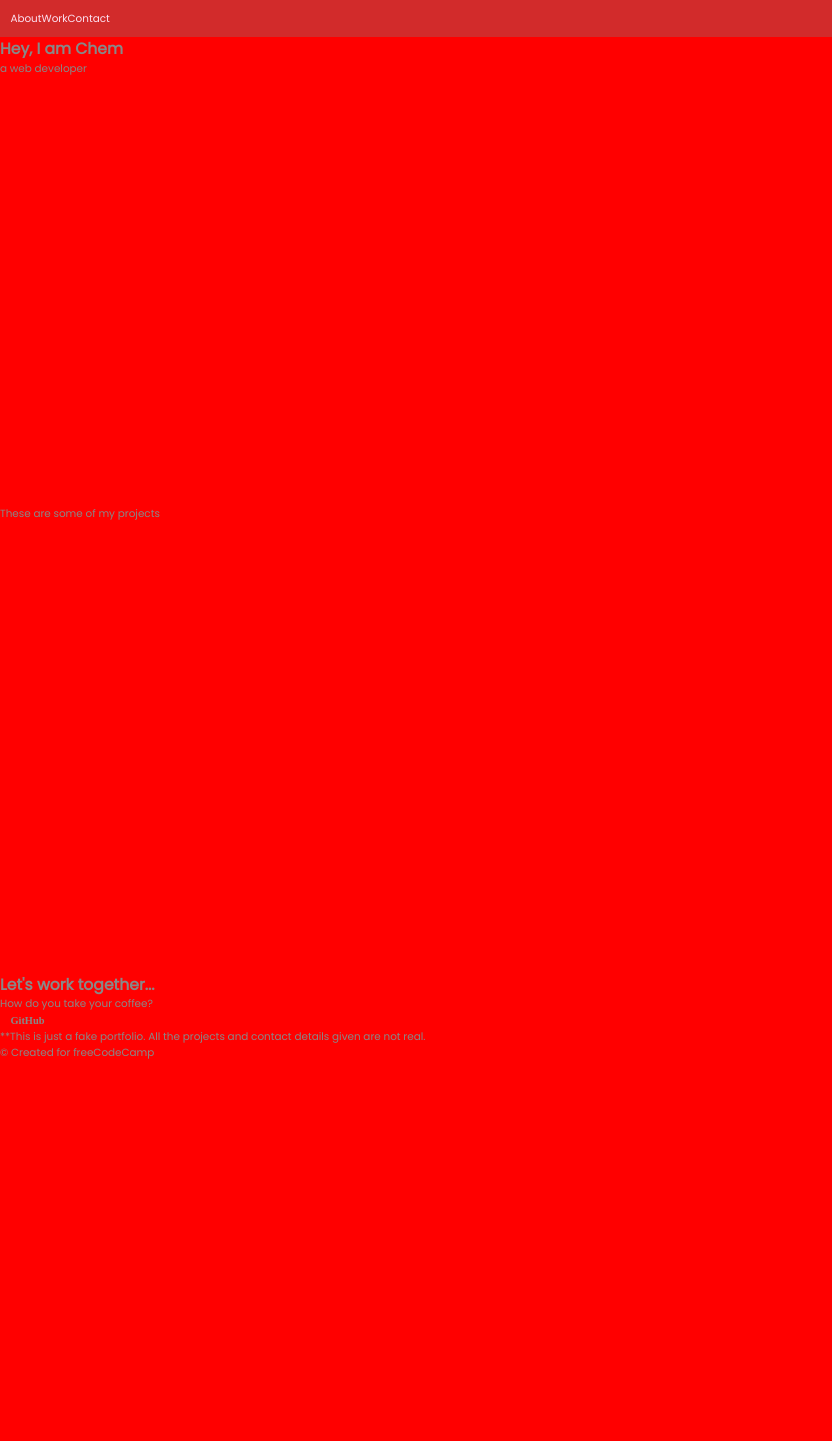
Repository: Pxych09/html-and-css-project
Page: freecodecamp/personal-portfolio.html
These files come from the project's save history. The page is drawn as it stood at one moment and after the next save; the edit follows.
The browser window is 1280 px wide. The pictures show the whole page, at 65% of full size.
Some web libraries are served in a nearby version.

Above is the page before, as saved 2023-08-10 18:22:24.

After the next save:
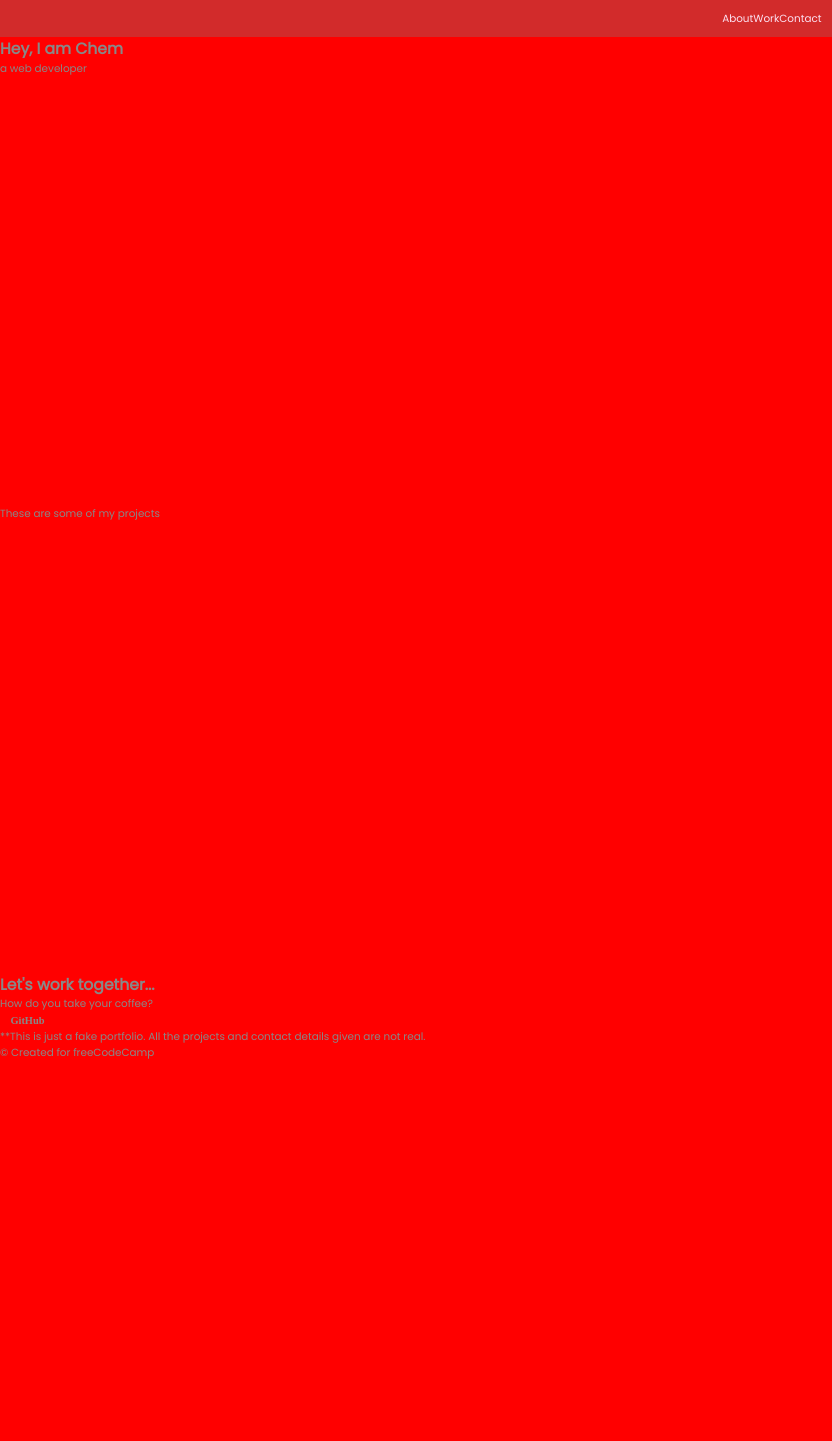
Saved 35 s later.
--- a/freecodecamp/personal-portfolio.css
+++ b/freecodecamp/personal-portfolio.css
@@ -30,6 +30,8 @@ a{
     display: flex;
     background-color: var(--color-navbar);
     color: #fefe;
+    justify-content: flex-end;
+    align-items: center;
 }
 
 
